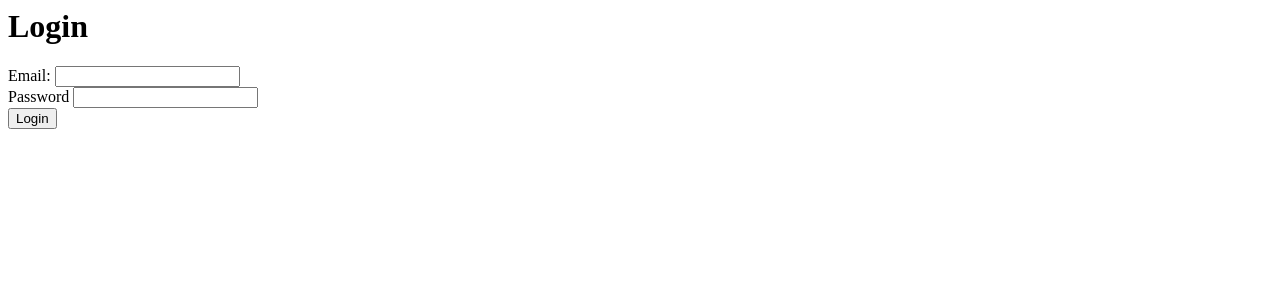
Repository: Keko1/market
Page: http://localhost/Market/LoginController
An editor plug-in stored every save of this project. The page is shown before and after the next save, followed by the edit.
The browser window is 1280 px wide. The pictures show the whole page.
The page is served by Tomcat 9. Queries for data that is not in the repository find no rows.

Above is the page before, as saved 2021-02-10 12:52:07.

After the next save:
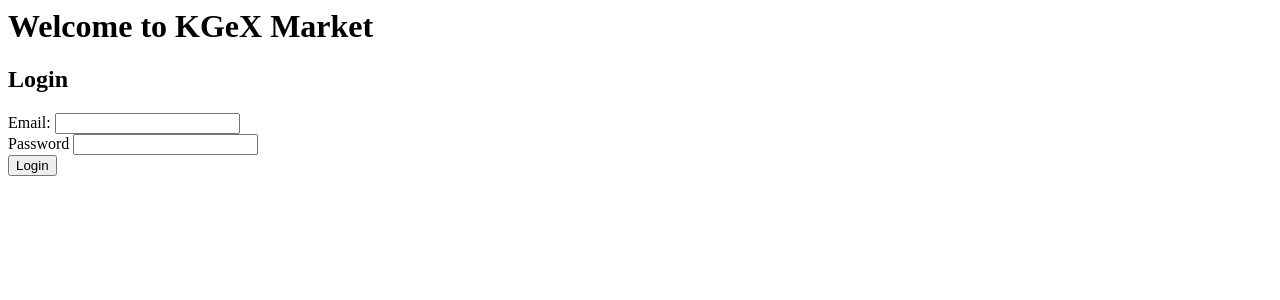
Saved 4 min 26 s later.
--- a/Market/WebContent/login.jsp
+++ b/Market/WebContent/login.jsp
@@ -2,8 +2,10 @@
 <head>
 <meta charset=utf-8>
 <title>Login Page</title>
-</head><body>
-<h1>Login</h1>
+</head>
+<body>
+<h1>Welcome to KGeX Market</h1>
+<h2>Login</h2>
 	<div class="">
 		<form method="post" action="LoginController" >
 		  <label class="col-md-2">Email:</label class="col-md-2">
